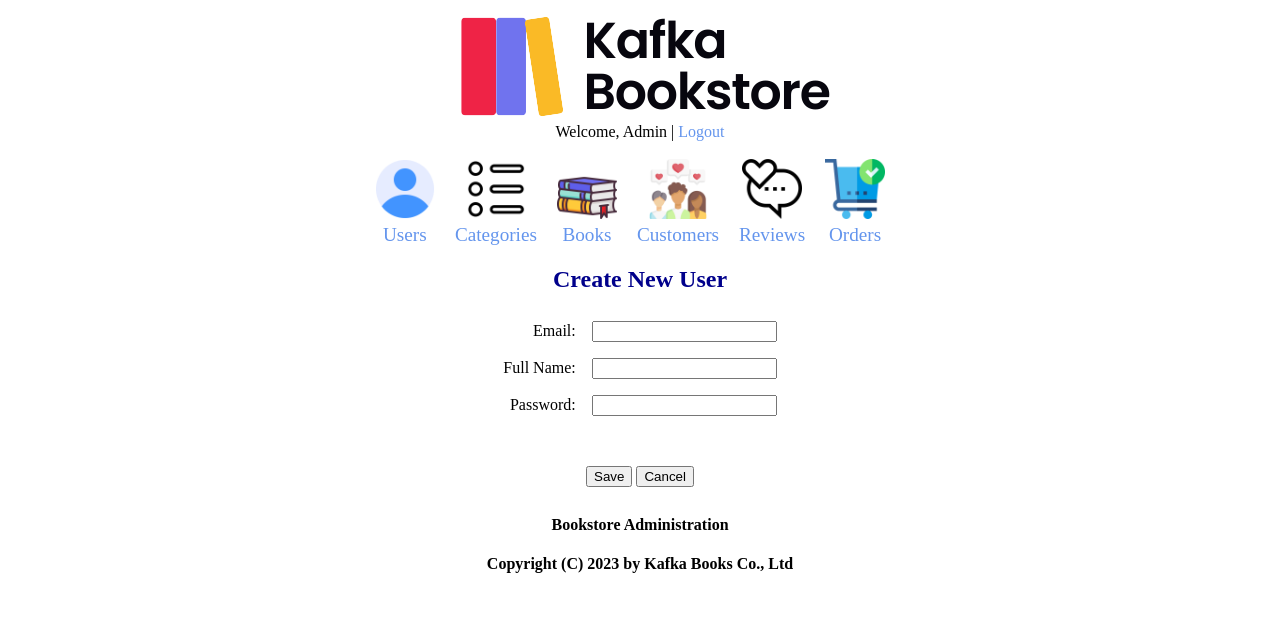
Repository: janvi2502/BookStore
Page: http://localhost/BookStoreWebsite/admin/user_form.jsp
These files come from the project's save history. The page is drawn as it stood at one moment and after the next save; the edit follows.
The browser window is 1280 px wide. The pictures show the whole page.
The page is served by Tomcat 10. Nobody is signed in. The application's start-up code is not run. Other server files are loaded and not shown.

Above is the page before, as saved 2023-12-28 11:01:00.

### BookStoreWebsite/WebContent/admin/user_form.jsp
<%@ page language="java" contentType="text/html; charset=UTF-8"
	pageEncoding="UTF-8"%>
<%@ taglib prefix="c" uri="http://java.sun.com/jsp/jstl/core"%>
<!DOCTYPE html>
<html>
<head>
<meta charset="UTF-8">
<title>Create New User</title>
<link rel="stylesheet" href="../css/style.css">
</head>
<body>
	<jsp:directive.include file="header.jsp" />

	<div align="center">
		<h2 class="pageheading">
			<c:if test="${user != null}">
				Edit User
			</c:if>
			<c:if test="${user == null}">
				Create New User
			</c:if>
		</h2>
	</div>

	<div align="center">
		<c:if test="${user != null}">
			<form action="update_user" method="post"
				onsubmit="return validateFormInput()">
			<input type="hidden" name="userId" value="${user.userId}">
		</c:if>
		<c:if test="${user == null}">
			<form action="create_user" method="post"
				onsubmit="return validateFormInput()">
		</c:if>
		<table class="form">
			<tr>
				<td align="right">Email:</td>
				<td align="left"><input type="text" name="email" id="email"
					size="20" value="${user.email}" /></td>
			</tr>
			<tr>
				<td align="right">Full Name:</td>
				<td align="left"><input type="text" name="fullname"
					id="fullname" size="20" value="${user.fullName}" /></td>
			</tr>
			<tr>
				<td align="right">Password:</td>
				<td align="left"><input type="password" id="password"
					name="password" size="20" value="${user.password}" /></td>
			</tr>
			<tr>
				<td>&nbsp;</td>
			</tr>
			<tr>
				<td colspan="2" align="center">
				<button type="submit" >Save</button>
				<button onclick="javascript:history.go(-1)" >Cancel</button></td>
			</tr>
		</table>
		</form>
	</div>

	<jsp:directive.include file="footer.jsp" />
</body>
<script type="text/javascript">
	function validateFormInput() {
		var fieldEmail = document.getElementById("email");
		var fieldFullname = document.getElementById("fullname");
		var fieldPassword = document.getElementById("password");

		if (fieldEmail.value.length == 0) {
			alert("Email is required!");
			fieldEmail.focus();
			return false;
		}

		if (fieldFullname.value.length == 0) {
			alert("Full Name is required!");
			fieldEmail.focus();
			return false;
		}

		if (fieldPassword.value.length == 0) {
			alert("Password is required!");
			fieldPassword.focus();
			return false;
		}
		return true;
	}
</script>
</html>

### BookStoreWebsite/WebContent/admin/header.jsp
<div align="center">
	<div>
		<img src="../images/Kafka2.png" />
	</div>

	<div>
		Welcome, Admin | <a href="logout">Logout</a> <br /> <br />
	</div>
	<div id="header_menu">
		<div>
			<a href="list_users">
				<img id = "menu_img" src="../images/user.png" /><br/> Users
			</a>
		</div>
		<div>
			<a href="list_category">
				<img id = "menu_img" src="../images/list.png" /> <br/> Categories
			</a>
		</div>
		<div>
			<a href="books">
				<img id = "menu_img" src="../images/book.png"/> <br/>Books
			</a>
		</div>
		<div>
			<a href="customer">
				<img id = "menu_img" src="../images/rating.png" /> <br/> Customers
			</a>
		</div>
		<div>
			<a href="reviews">
				<img id = "menu_img" src="../images/review.png" /> <br/>Reviews
			</a>
		</div>
		<div>
			<a href="orders">
				<img id = "menu_img" src="../images/order.png" /> <br/>Orders
			</a>
		</div>

	</div>
</div>

### BookStoreWebsite/WebContent/admin/footer.jsp
<div align="center">
	<h4>Bookstore Administration</h4>
	<h4>Copyright (C) 2023 by Kafka Books Co., Ltd</h4>
</div>

### BookStoreWebsite/WebContent/css/style.css
@charset "UTF-8";

#header_menu {
	display:table;
}

#header_menu div{
	display:table-cell;
	padding-right: 20px;
}

#menu_img{
	width: 60px;
}

a:link{
	color: cornflowerBlue;
	text-decoration: none;
}

a:visited{
	color: indigo;
}

a:hover{
	color: blue;
	text-decoration: underline;
}

a:active{
	color: red;
}

#header_menu a:link{
	font-size: larger;
}

.pageheading{
	color: darkblue;
}

table{
	border: 1px solid black;
	border-collapse: collapse;
}

th, td{
	padding: 8px;
}

th{
	background: darkblue;
	color: cornsilk;
	font-size: larger;
}

table.form{
	border: 0;
	padding: 4px;
}

After the next save:
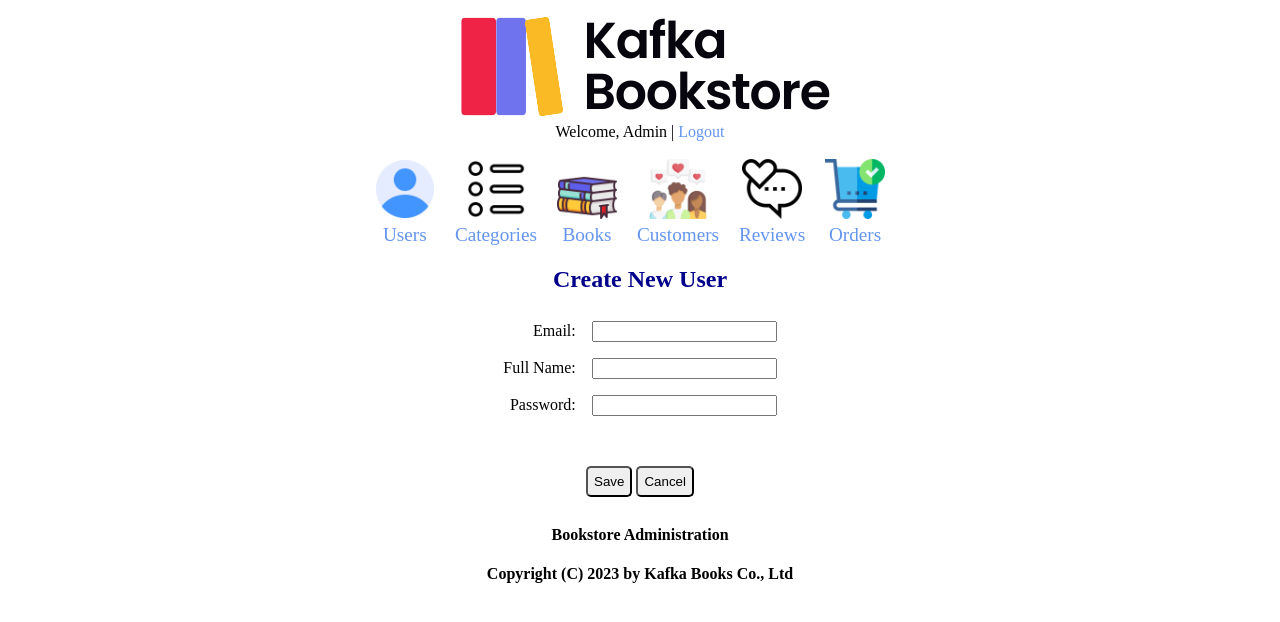
Saved 60 s later.
--- a/BookStoreWebsite/WebContent/css/style.css
+++ b/BookStoreWebsite/WebContent/css/style.css
@@ -58,3 +58,8 @@ table.form{
 	border: 0;
 	padding: 4px;
 }
+
+button{
+	padding: 6px;
+	border-radius: 5px;
+}
